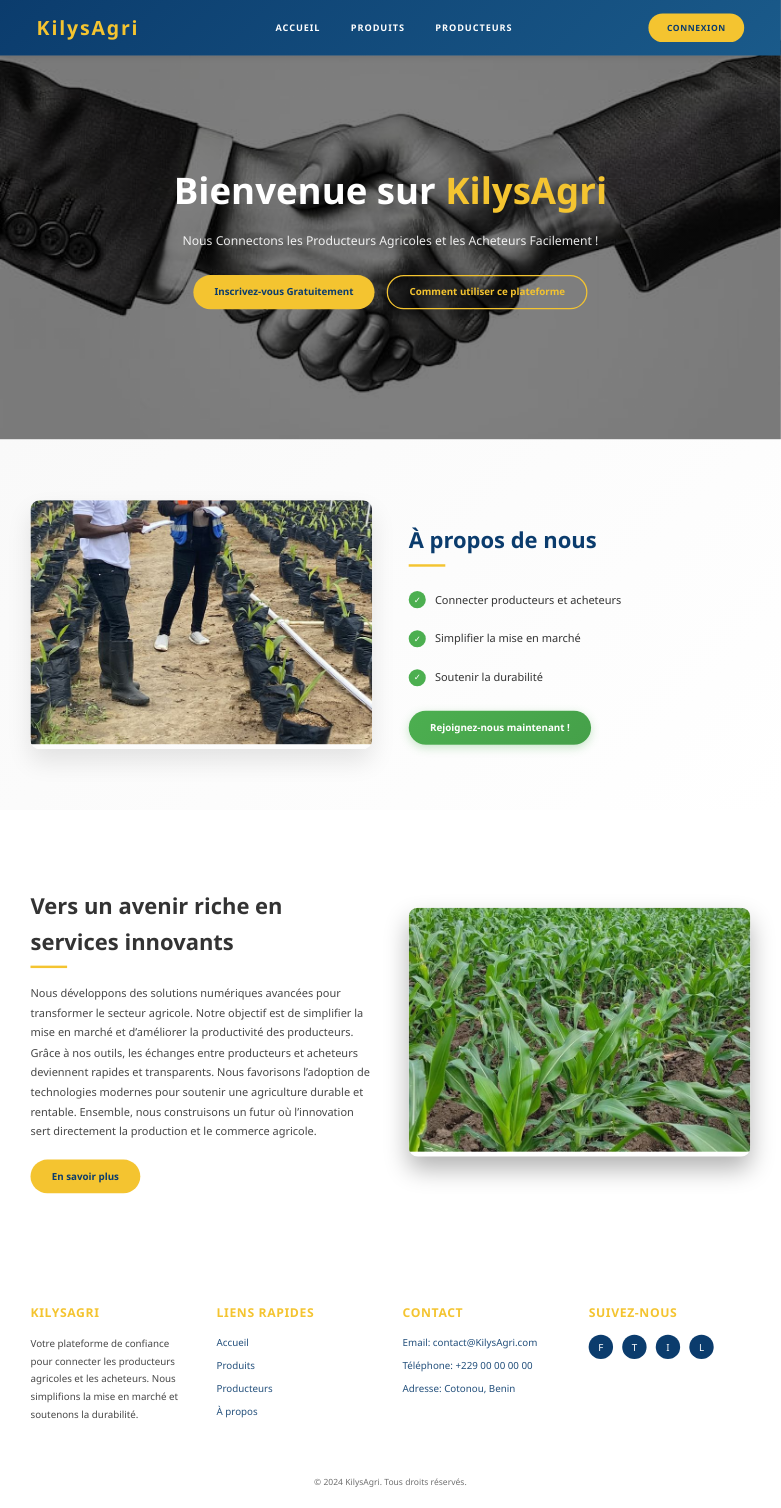
Repository: KILAYOSSI/projetdesoutenance
Page: templates/home/index.html.twig
The author's editor kept a copy of each file at every save. The page is drawn from the files as they stood at one save, then again after the next save.
The browser window is 1280 px wide. The pictures show the whole page, at 61% of full size.
The page is a Twig template of a Symfony application; nobody is signed in and links lead nowhere. The template is opened directly, without the code that normally fills it, so the values that code supplies are empty.

Above is the page before, as saved 2026-02-25 16:30:34.

### templates/home/index.html.twig
{% extends 'base.html.twig' %}

{% block title %}Accueil - KilysAgri{% endblock %}

{% block body %}

<!-- NAVBAR -->
<nav class="navbar">
    <div class="logo">KilysAgri</div>
    <ul>
        <li><a href="#">ACCUEIL</a></li>
        <li><a href="#">PRODUITS</a></li>
        <li><a href="#">PRODUCTEURS</a></li>
    </ul>
    <a href="#" class="btn-login">CONNEXION</a>
</nav>

<!-- HERO SECTION -->
<section class="hero">
    <div class="overlay">
        <h1>Bienvenue sur <span>KilysAgri</span></h1>
        <p>Nous Connectons les Producteurs Agricoles et les Acheteurs Facilement !</p>

        <div class="buttons">
            <a href="#" class="btn-primary">Inscrivez-vous Gratuitement</a>
            <a href="#" class="btn-outline">Comment utiliser ce plateforme</a>
        </div>
    </div>
</section>

<!-- A PROPOS -->
<section class="about">
    <div class="container">
        <div class="about-image">
            <img src="{{ asset('images/zooll.jpeg') }}" alt="">
        </div>
        <div class="about-text">
            <h2>À propos de nous</h2>

            <ul>
                <li>Connecter producteurs et acheteurs</li>
                <li>Simplifier la mise en marché</li>
                <li>Soutenir la durabilité</li>
            </ul>

            <a href="#" class="btn-green">Rejoignez-nous maintenant !</a>
        </div>
    </div>
</section>

<!-- SECTION FUTUR -->
<section class="future">
    <div class="container">
        <div class="future-image">
            <img src="{{ asset('images/zzis.jpeg') }}" alt="">
        </div>
        <div class="future-text">
            <h2>Vers un avenir riche en services innovants</h2>
            <p>
                Nous développons des solutions numériques avancées pour transformer le secteur agricole.
Notre objectif est de simplifier la mise en marché et d’améliorer la productivité des producteurs.
Grâce à nos outils, les échanges entre producteurs et acheteurs deviennent rapides et transparents.
Nous favorisons l’adoption de technologies modernes pour soutenir une agriculture durable et rentable.
Ensemble, nous construisons un futur où l’innovation sert directement la production et le commerce agricole.
            </p>
            <a href="#" class="btn-primary">En savoir plus</a>
        </div>
    </div>
</section>

<!-- FOOTER -->
<footer class="footer">
    <div class="footer-container">
        <div class="footer-section">
            <h3>KilysAgri</h3>
            <p>Votre plateforme de confiance pour connecter les producteurs agricoles et les acheteurs. Nous simplifions la mise en marché et soutenons la durabilité.</p>
        </div>
        <div class="footer-section">
            <h3>Liens rapides</h3>
            <ul>
                <li><a href="#">Accueil</a></li>
                <li><a href="#">Produits</a></li>
                <li><a href="#">Producteurs</a></li>
                <li><a href="#">À propos</a></li>
            </ul>
        </div>
        <div class="footer-section">
            <h3>Contact</h3>
            <ul>
                <li><a href="#">Email: contact@KilysAgri.com</a></li>
                <li><a href="#">Téléphone: +229 00 00 00 00</a></li>
                <li><a href="#">Adresse: Cotonou, Benin</a></li>
            </ul>
        </div>
        <div class="footer-section">
            <h3>Suivez-nous</h3>
            <div class="social-links">
                <a href="#">F</a>
                <a href="#">T</a>
                <a href="#">I</a>
                <a href="#">L</a>
            </div>
        </div>
    </div>
    <div class="footer-bottom">
        <p>&copy; 2024 KilysAgri. Tous droits réservés.</p>
    </div>
</footer>

{% endblock %}

### templates/base.html.twig
<!DOCTYPE html>
<html>
    <head>
        <meta charset="UTF-8">
        <title>{% block title %}Welcome!{% endblock %}</title>
        <link rel="stylesheet" href="{{ asset('css/style.css') }}">
        {% block stylesheets %}{% endblock %}
        {% block javascripts %}{% endblock %}
    </head>
    <body>
        {% block body %}{% endblock %}
    </body>
</html>

### public/css/style.css
body {
    margin: 0;
    font-family: 'Segoe UI', Arial, sans-serif;
    color: #333;
    line-height: 1.6;
}

/* NAVBAR */
.navbar {
    display: flex;
    justify-content: space-between;
    align-items: center;
    background: linear-gradient(135deg, #0b3c6d 0%, #1a5a8a 100%);
    padding: 20px 60px;
    position: fixed;
    width: 100%;
    top: 0;
    z-index: 1000;
    box-shadow: 0 2px 10px rgba(0,0,0,0.1);
    box-sizing: border-box;
}

.navbar .logo {
    color: #f4c430;
    font-size: 32px;
    font-weight: 800;
    letter-spacing: 3px;
    flex-shrink: 0;
}

.navbar ul {
    list-style: none;
    display: flex;
    gap: 50px;
    margin: 0;
    padding: 0;
    justify-content: center;
    flex-grow: 1;
}

.navbar ul li a {
    color: white;
    text-decoration: none;
    font-weight: 600;
    font-size: 15px;
    text-transform: uppercase;
    letter-spacing: 1.5px;
    transition: color 0.3s;
    padding: 10px 0;
    position: relative;
}

.navbar ul li a::after {
    content: '';
    position: absolute;
    bottom: 0;
    left: 0;
    width: 0;
    height: 2px;
    background: #f4c430;
    transition: width 0.3s;
}

.navbar ul li a:hover {
    color: #f4c430;
}

.navbar ul li a:hover::after {
    width: 100%;
}

.btn-login {
    background: #f4c430;
    color: #0b3c6d;
    padding: 12px 30px;
    text-decoration: none;
    border-radius: 30px;
    font-weight: 700;
    font-size: 14px;
    text-transform: uppercase;
    letter-spacing: 1px;
    transition: all 0.3s;
    flex-shrink: 0;
}

.btn-login:hover {
    transform: translateY(-2px);
    box-shadow: 0 5px 20px rgba(244, 196, 48, 0.5);
    background: #ffe066;
}

/* HERO */
.hero {
    height: 100vh;
    background: linear-gradient(rgba(0,0,0,0.5), rgba(0,0,0,0.5)), url('../images/ZOS.jpeg') center/cover no-repeat;
    position: relative;
    display: flex;
    align-items: center;
    justify-content: center;
}

.overlay {
    text-align: center;
    color: white;
    padding: 20px;
    max-width: 800px;
}

.overlay h1 {
    font-size: 60px;
    margin-bottom: 20px;
    font-weight: 700;
}

.overlay span {
    color: #f4c430;
}

.overlay p {
    font-size: 20px;
    margin-bottom: 40px;
    opacity: 0.9;
}

.buttons {
    display: flex;
    gap: 20px;
    justify-content: center;
    flex-wrap: wrap;
}

.btn-primary {
    background: #f4c430;
    padding: 15px 35px;
    color: #0b3c6d;
    text-decoration: none;
    border-radius: 30px;
    font-weight: bold;
    font-size: 16px;
    transition: all 0.3s;
}

.btn-primary:hover {
    background: #e5b82a;
    transform: translateY(-3px);
    box-shadow: 0 10px 25px rgba(244, 196, 48, 0.4);
}

.btn-outline {
    border: 2px solid #f4c430;
    padding: 13px 35px;
    color: #f4c430;
    text-decoration: none;
    border-radius: 30px;
    font-weight: bold;
    font-size: 16px;
    transition: all 0.3s;
}

.btn-outline:hover {
    background: #f4c430;
    color: #0b3c6d;
}

/* ABOUT SECTION */
.about {
    padding: 100px 50px;
    background: linear-gradient(135deg, #f9f9f9 0%, #ffffff 100%);
}

.about .container {
    display: flex;
    align-items: center;
    gap: 60px;
    max-width: 1200px;
    margin: 0 auto;
}

.about-image {
    flex: 1;
    border-radius: 15px;
    overflow: hidden;
    box-shadow: 0 20px 40px rgba(0,0,0,0.1);
}

.about-image img {
    width: 100%;
    height: 400px;
    object-fit: cover;
    transition: transform 0.5s;
}

.about-image:hover img {
    transform: scale(1.05);
}

.about-text {
    flex: 1;
}

.about-text h2 {
    color: #0b3c6d;
    font-size: 36px;
    margin-bottom: 25px;
    position: relative;
}

.about-text h2::after {
    content: '';
    display: block;
    width: 60px;
    height: 4px;
    background: #f4c430;
    margin-top: 10px;
}

.about-text ul {
    list-style: none;
    padding: 0;
    margin: 30px 0;
}

.about-text ul li {
    font-size: 18px;
    margin-bottom: 15px;
    padding: 10px 0;
    display: flex;
    align-items: center;
}

.about-text ul li::before {
    content: '✓';
    background: #4CAF50;
    color: white;
    width: 28px;
    height: 28px;
    border-radius: 50%;
    display: inline-flex;
    align-items: center;
    justify-content: center;
    margin-right: 15px;
    font-size: 14px;
}

.btn-green {
    display: inline-block;
    background: linear-gradient(135deg, #4CAF50 0%, #45a049 100%);
    padding: 15px 35px;
    color: white;
    text-decoration: none;
    border-radius: 30px;
    font-weight: bold;
    font-size: 16px;
    transition: all 0.3s;
    box-shadow: 0 5px 15px rgba(76, 175, 80, 0.3);
}

.btn-green:hover {
    transform: translateY(-3px);
    box-shadow: 0 10px 25px rgba(76, 175, 80, 0.4);
}

/* FUTURE SECTION */
.future {
    padding: 100px 50px;
    background: #ffffff;
    color: #333;
}

.future .container {
    display: flex;
    align-items: center;
    gap: 60px;
    max-width: 1200px;
    margin: 0 auto;
    flex-direction: row-reverse;
}

.future-image {
    flex: 1;
    border-radius: 15px;
    overflow: hidden;
    box-shadow: 0 20px 40px rgba(0,0,0,0.3);
}

.future-image img {
    width: 100%;
    height: 400px;
    object-fit: cover;
    transition: transform 0.5s;
}

.future-image:hover img {
    transform: scale(1.05);
}

.future-text {
    flex: 1;
}

.future-text h2 {
    font-size: 36px;
    margin-bottom: 25px;
    position: relative;
}

.future-text h2::after {
    content: '';
    display: block;
    width: 60px;
    height: 4px;
    background: #f4c430;
    margin-top: 10px;
}

.future-text p {
    font-size: 18px;
    line-height: 1.8;
    opacity: 0.9;
    margin-bottom: 30px;
}

.future .btn-primary {
    display: inline-block;
}

/* Responsive Design */
@media (max-width: 968px) {
    .about .container,
    .future .container {
        flex-direction: column;
        text-align: center;
    }

    .about-text h2::after,
    .future-text h2::after {
        margin: 10px auto;
    }

    .about-text ul li {
        justify-content: center;
    }

    .navbar {
        padding: 15px 20px;
    }

    .navbar ul {
        gap: 20px;
    }

    .overlay h1 {
        font-size: 40px;
    }
}

@media (max-width: 576px) {
    .navbar {
        flex-direction: column;
        gap: 15px;
    }

    .navbar ul {
        flex-direction: column;
        gap: 10px;
        text-align: center;
    }

    .buttons {
        flex-direction: column;
    }

    .overlay h1 {
        font-size: 32px;
    }

    .about, .future {
        padding: 60px 20px;
    }
}

/* FOOTER */
.footer {
    background: #ffffff;
    color: #333;
    padding: 60px 50px 30px;
}

.footer-container {
    display: flex;
    justify-content: space-between;
    flex-wrap: wrap;
    gap: 40px;
    max-width: 1200px;
    margin: 0 auto 40px;
}

.footer-section {
    flex: 1;
    min-width: 250px;
}

.footer-section h3 {
    color: #f4c430;
    font-size: 20px;
    margin-bottom: 20px;
    text-transform: uppercase;
    letter-spacing: 1px;
}

.footer-section p {
    line-height: 1.8;
    opacity: 0.9;
}

.footer-section ul {
    list-style: none;
    padding: 0;
    margin: 0;
}

.footer-section ul li {
    margin-bottom: 12px;
}

.footer-section ul li a {
    color: #0b3c6d;
    text-decoration: none;
    opacity: 0.9;
    transition: all 0.3s;
}

.footer-section ul li a:hover {
    color: #f4c430;
    padding-left: 5px;
}

.footer-bottom {
    text-align: center;
    padding-top: 30px;
    border-top: 1px solid rgba(255,255,255,0.1);
}

.footer-bottom p {
    margin: 0;
    opacity: 0.7;
    font-size: 14px;
}

.social-links {
    display: flex;
    gap: 15px;
    margin-top: 20px;
}

.social-links a {
    display: inline-flex;
    align-items: center;
    justify-content: center;
    width: 40px;
    height: 40px;
    background: #0b3c6d;
    border-radius: 50%;
    color: white;
    text-decoration: none;
    transition: all 0.3s;
}

.social-links a:hover {
    background: #f4c430;
    color: #0b3c6d;
    transform: translateY(-3px);
}

@media (max-width: 768px) {
    .footer {
        padding: 40px 20px 20px;
    }

    .footer-container {
        flex-direction: column;
        gap: 30px;
    }
}

After the next save:
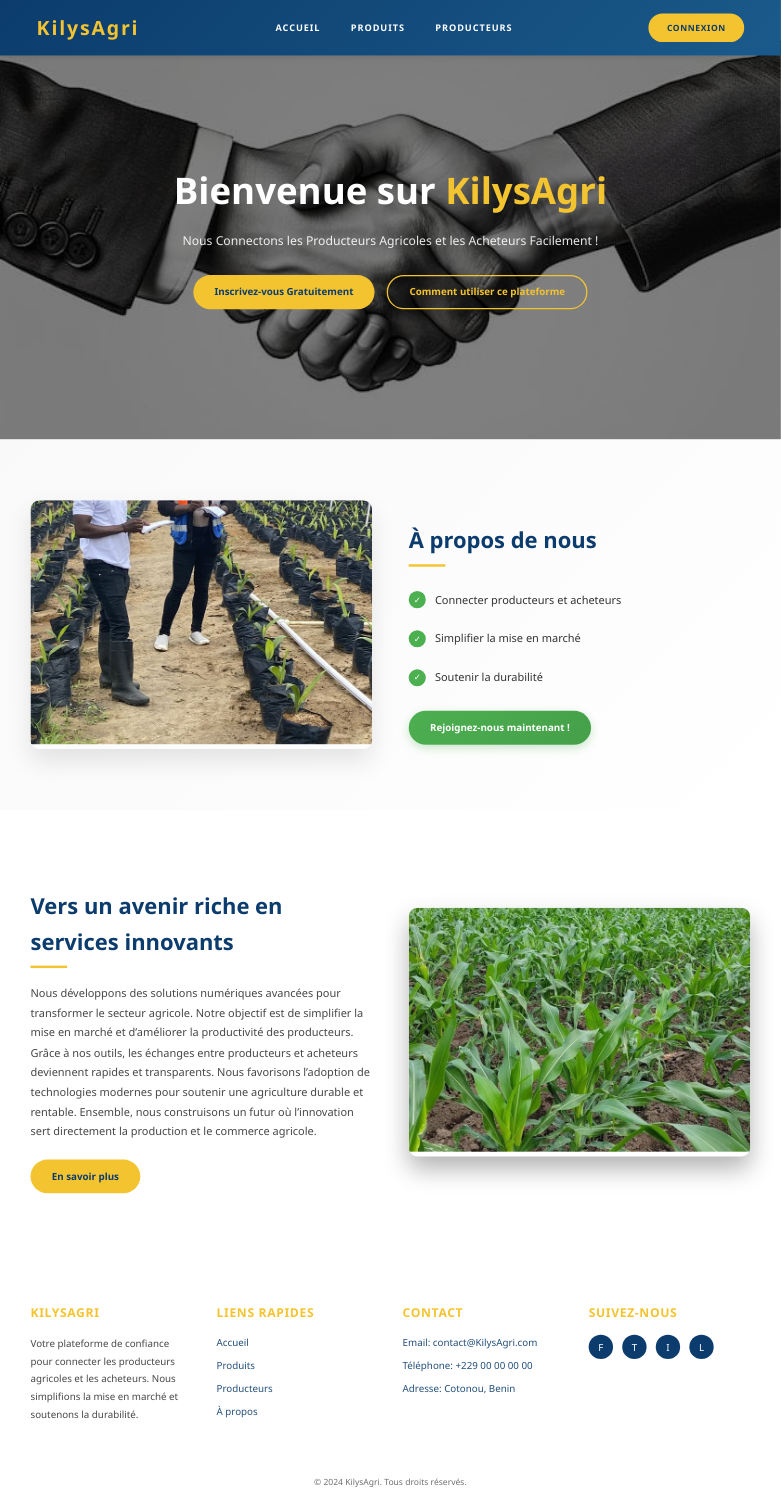
Saved 58 s later.
--- a/public/css/style.css
+++ b/public/css/style.css
@@ -302,6 +302,7 @@ body {
     font-size: 36px;
     margin-bottom: 25px;
     position: relative;
+    color: #0b3c6d;
 }
 
 .future-text h2::after {
